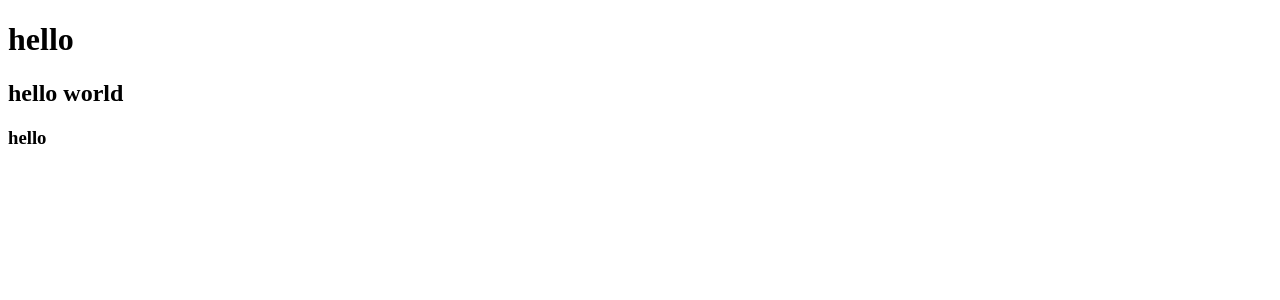
Repository: pro-hk/jsp
Page: http://localhost/chap06/express_language_01.jsp
An editor plug-in stored every save of this project. The page is shown before and after the next save, followed by the edit.
The browser window is 1280 px wide. The pictures show the whole page.
The page is served by Tomcat 9. Other server files are loaded and not shown.

Above is the page before, as saved 2022-01-25 06:10:30.

### chap06/src/main/webapp/express_language_01.jsp
<%@ page language="java" contentType="text/html; charset=UTF-8"
    pageEncoding="UTF-8"%>
<!DOCTYPE html>
<html>
<head>
<meta charset="UTF-8">
<title>Insert title here</title>
</head>
<body>
	<h1><% out.print("hello"); %></h1>
	<h2><%= "hello world" %></h2>
	<h3>${"hello"}</h3>
</body>
</html>

After the next save:
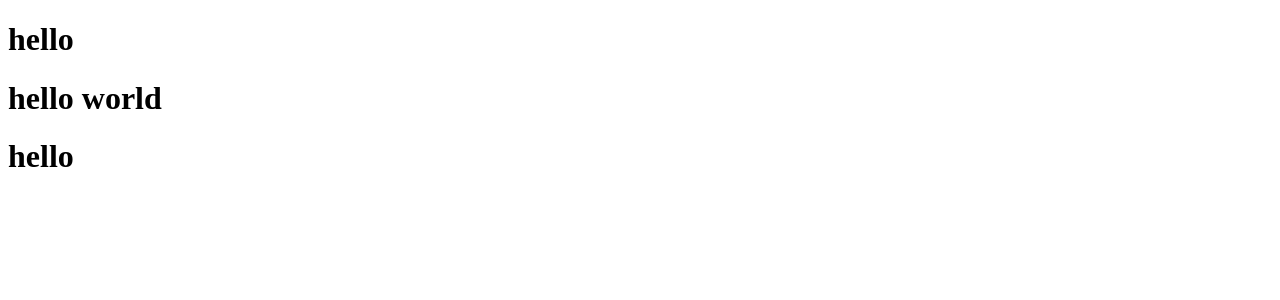
Saved 25 s later.
--- a/chap06/src/main/webapp/express_language_01.jsp
+++ b/chap06/src/main/webapp/express_language_01.jsp
@@ -8,7 +8,7 @@
 </head>
 <body>
 	<h1><% out.print("hello"); %></h1>
-	<h2><%= "hello world" %></h2>
-	<h3>${"hello"}</h3>
+	<h1><%= "hello world" %></h1>
+	<h1>${"hello"}</h1>
 </body>
 </html>
